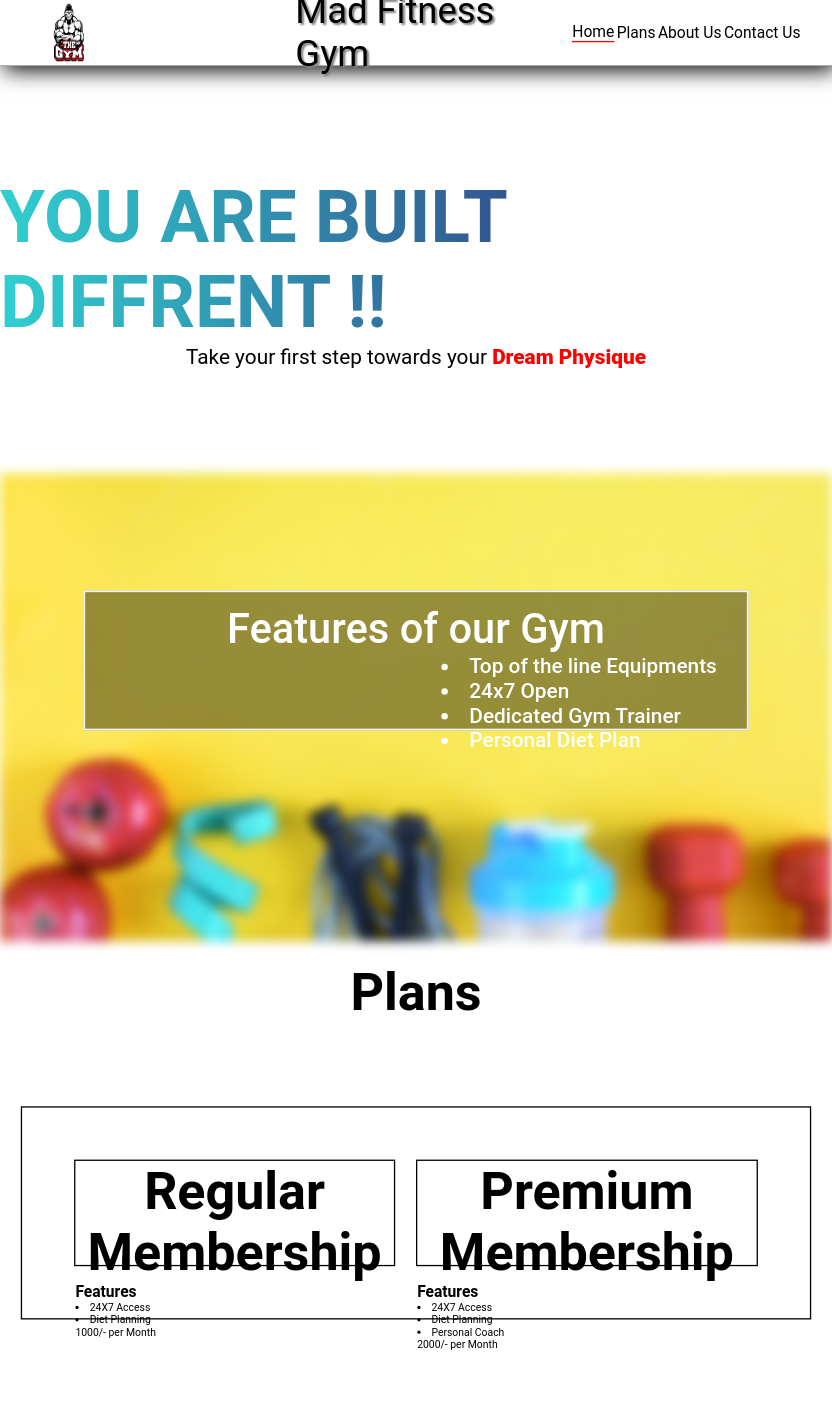
Repository: kapil4457/Doker-Web-Project-1
Page: / (app in frontend/)
These files come from the project's save history. The page is drawn as it stood at one moment and after the next save; the edit follows.
The browser window is 1280 px wide. The pictures show the whole page, at 65% of full size.
The project was rebuilt for these pictures with package versions that can differ from the ones it lists, and the page was loaded fresh each time.

Above is the page before, as saved 2022-06-15 10:38:12.

### frontend/src/App.js
import Header from "./components/Header.jsx"
import Home from "./components/Home.jsx"
import {Route , Routes , BrowserRouter} from "react-router-dom"
import "./App.css"
function App() {
  return (
    <BrowserRouter>
    <Header />
    <Routes>

      <Route exact path="/" element={<Home />}/>
    </Routes>


    </BrowserRouter>
   );
}

export default App;

### frontend/src/components/Header.jsx
import React from "react";
import { NavLink } from "react-router-dom";
import styled from "styled-components";

const Header = () => {
  return (
    <Container>
      <Left>
        <img src="logo1.png" />
      </Left>
      <Center>
        <p>Mad Fitness Gym</p>
      </Center>
      <Right>
        <NavLink to="/" activeClassName="active">
          Home
        </NavLink>
        <NavLink to="/plans">Plans</NavLink>
        <NavLink to="/about">About Us</NavLink>
        <NavLink to="/contact">Contact Us</NavLink>
      </Right>
    </Container>
  );
};

export default Header;

const Container = styled.div`
  height: 14vh;
  width: 100%;
  display: flex;
  border-bottom: 1px solid gray;
  box-shadow: 0.4pc 0.4pc 2pc black;
  margin-bottom: 0.5pc;
`;
const Left = styled.div`
  height: 100%;
  padding: 0 5rem;
  display: flex;
  width: 33%;

  img {
    height: 100%;
    width: 20%;
  }
`;
const Center = styled.div`
  height: 100%;
  padding: 0 2rem;
  display: flex;
  width: 33%;
  p {
    font-size: 3.5rem;
    text-shadow: 0.2pc 0.2pc 0.2pc gray;
    height: 100%;
    display: flex;
    align-items: center;
    justify-content: center;
  }
`;
const Right = styled.div`
  height: 100%;
  padding: 0 2rem;
  display: flex;
  width: 33%;
  justify-content: space-evenly;
  align-items: center;
  a {
    text-decoration: none;
    color: black;
    font-size: 1.5rem;
  }
`;

### frontend/src/components/Home.jsx
import React from "react";
import styled from "styled-components";
import Pricing from "./Pricing";

const Home = () => {
  return (
    <>
      <First>
        <div className="first1">You are Built Diffrent !!</div>
        <div className="first2">
          Take your first step towards your <b>Dream Physique</b>
        </div>
      </First>
      <Second>
        <div className="featuresBackground"></div>
        <div className="features">
          <h1>Features of our Gym </h1>
          <li>Top of the line Equipments</li>
          <li>24x7 Open</li>
          <li>Dedicated Gym Trainer</li>
          <li>Personal Diet Plan</li>
        </div>
      </Second>
      <Plans>
        <h1>Plans</h1>
        <Pricing />
      </Plans>
    </>
  );
};

export default Home;

const First = styled.div`
  height: 86vh;
  width: 100%;
  display: flex;
  justify-content: center;
  align-items: center;
  flex-direction: column;
  .first1 {
    font-size: 7rem;
    background: linear-gradient(to right, #30cfd0 0%, #330867 100%);
    -webkit-background-clip: text;
    -webkit-text-fill-color: transparent;
    font-weight: 700;
    text-transform: uppercase;
  }
  .first2 {
    font-size: 2rem;
    b {
      font-weight: 900;
      color: red;
    }
  }
`;

const Second = styled.div`
  height: 100vh;
  width: 100%;
  position: relative;

  .features {
    background-color: rgb(0, 0, 0); /* Fallback color */
    background-color: rgba(0, 0, 0, 0.4); /* Black w/opacity/see-through */
    color: white;
    font-weight: bold;
    border: 3px solid #f1f1f1;
    position: absolute;
    top: 40%;
    left: 50%;
    transform: translate(-50%, -50%);
    z-index: 2;
    width: 80%;
    padding: 20px;
    height: 30vh;
    text-align: left;
    h1 {

        text-align: center;
        font-size: 4rem;
        font-weight: 500;
        text-al
    }
    li {
        padding-left: 33rem;
      font-size: 2rem;
      font-weight: 500;
    }
  }
  .featuresBackground {
    background-image: url("GymHome.jpg");
    width: 100%;
    height: 100%;
    filter: blur(8px);
    -webkit-filter: blur(8px);
    background-position: center;
    background-repeat: no-repeat;
    background-size: cover;
  }
`;

const Plans = styled.div`
  height: 100vh;
  width: 100%;
  padding: 2rem;
  display: flex;
  flex-direction: column;
  gap: 8rem;
  h1 {
    width: 100%;
    text-align: center;
    font-size: 5rem;
  }
`;

### frontend/src/App.css
*{
    margin : 0;
    padding : 0;
    box-sizing:border-box;
    font-family: roboto;

}

.active{
    border-bottom:2px solid red;
    font-size:2rem;
}

### frontend/src/components/pricing.jsx
import React from "react";
import styled from "styled-components";

const Pricing = () => {
  return (
    <>
      <Container>
        <Regular>
          <h1>Regular Membership</h1>
          <div>
            <h2>Features</h2>
            <li>24X7 Access</li>
            <li>Diet Planning</li>
          </div>
          <div className="pricing1">1000/- per Month</div>
        </Regular>
        <Coach>
          <h1>Premium Membership</h1>
          <div>
            <h2>Features</h2>
            <li>24X7 Access</li>
            <li>Diet Planning</li>
            <li>Personal Coach</li>
          </div>
          <div className="pricing1">2000/- per Month</div>
        </Coach>
      </Container>
    </>
  );
};

export default Pricing;
const Container = styled.div`
  width: 100%;
  height: 50%;
  border: 2px solid black;
  display: flex;
  padding: 5rem;
  gap: 2rem;
`;
const Regular = styled.div`
  border: 2px solid black;
`;
const Coach = styled.div`
  border: 2px solid black;
`;

Loaded but not shown: frontend/public/index.html (common file); frontend/src/index.js (common file)

After the next save:
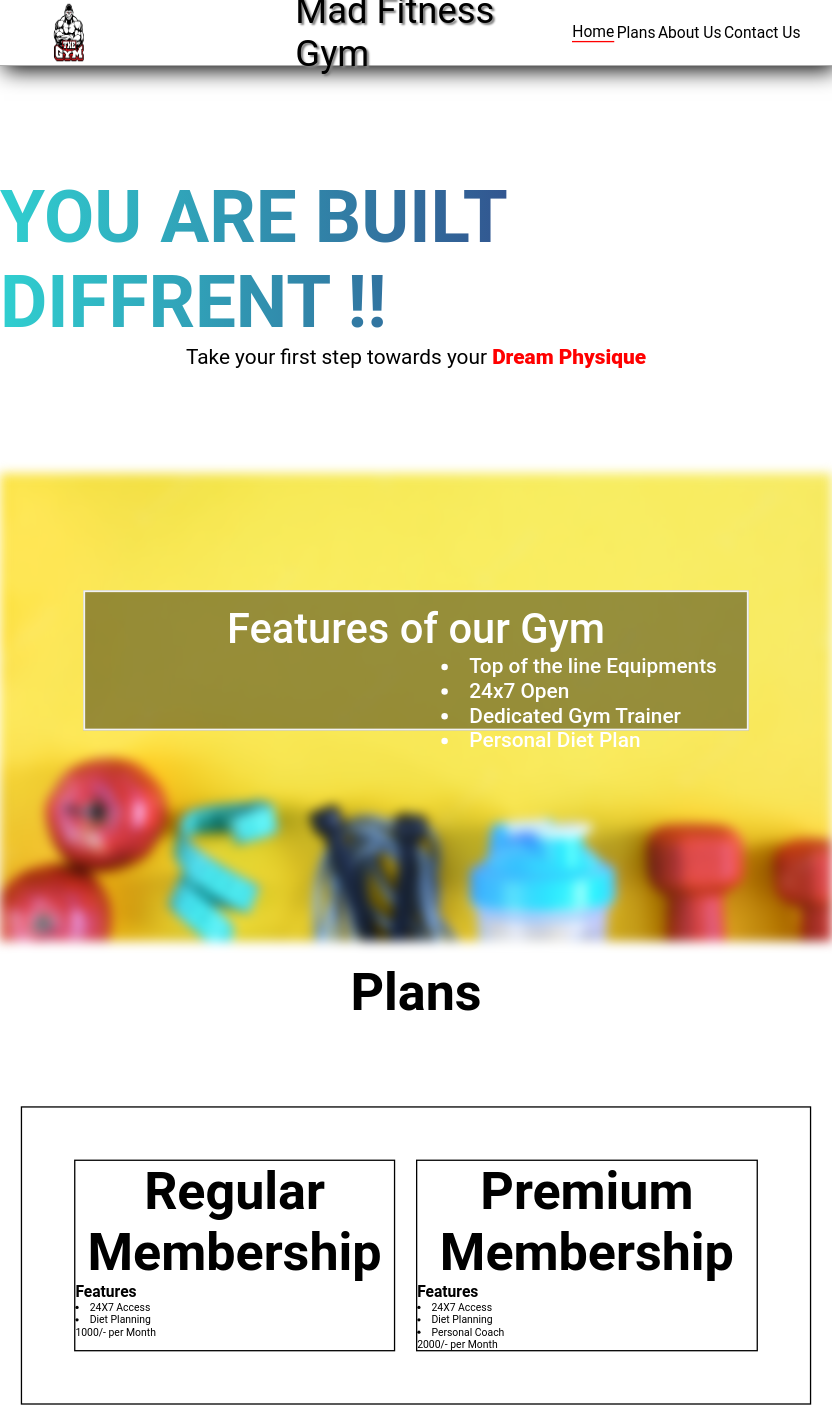
Saved 6 s later.
--- a/frontend/src/components/pricing.jsx
+++ b/frontend/src/components/pricing.jsx
@@ -32,7 +32,7 @@
 export default Pricing;
 const Container = styled.div`
   width: 100%;
-  height: 50%;
+  height: 70%;
   border: 2px solid black;
   display: flex;
   padding: 5rem;
